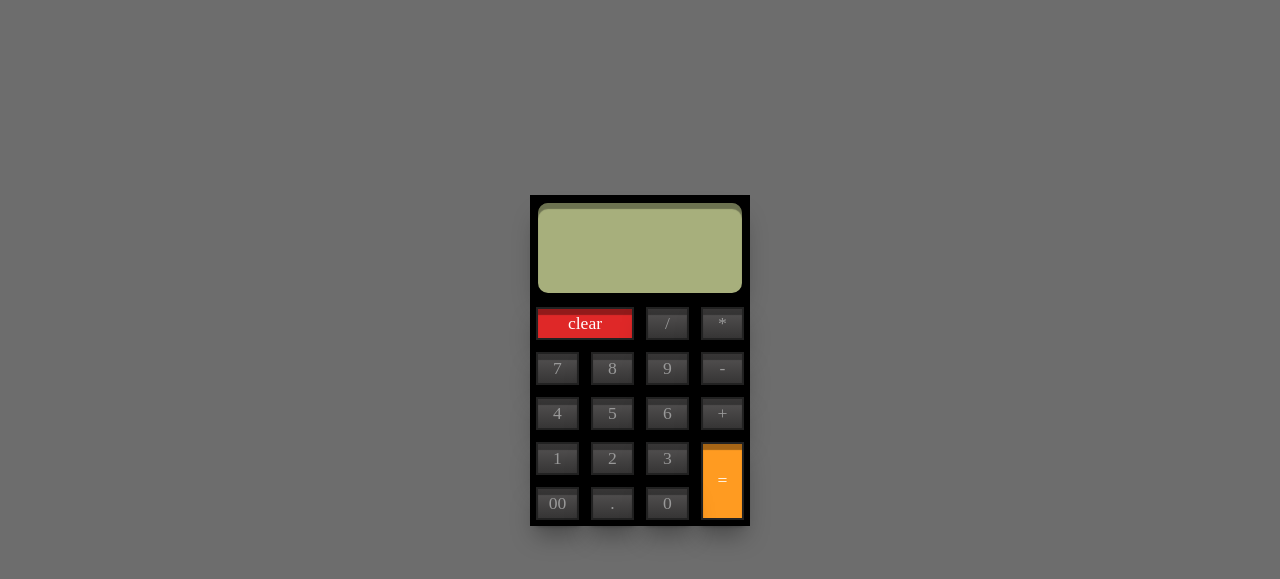
Repository: JunaidAnsari202/calculator
Page: index.html
The author's editor kept a copy of each file at every save. The page is drawn from the files as they stood at one save, then again after a run of saves.
The browser window is 1280 px wide. The pictures show the whole page.

Above is the page before, as saved 2023-10-28 15:04:42.

After the next 2 saves:
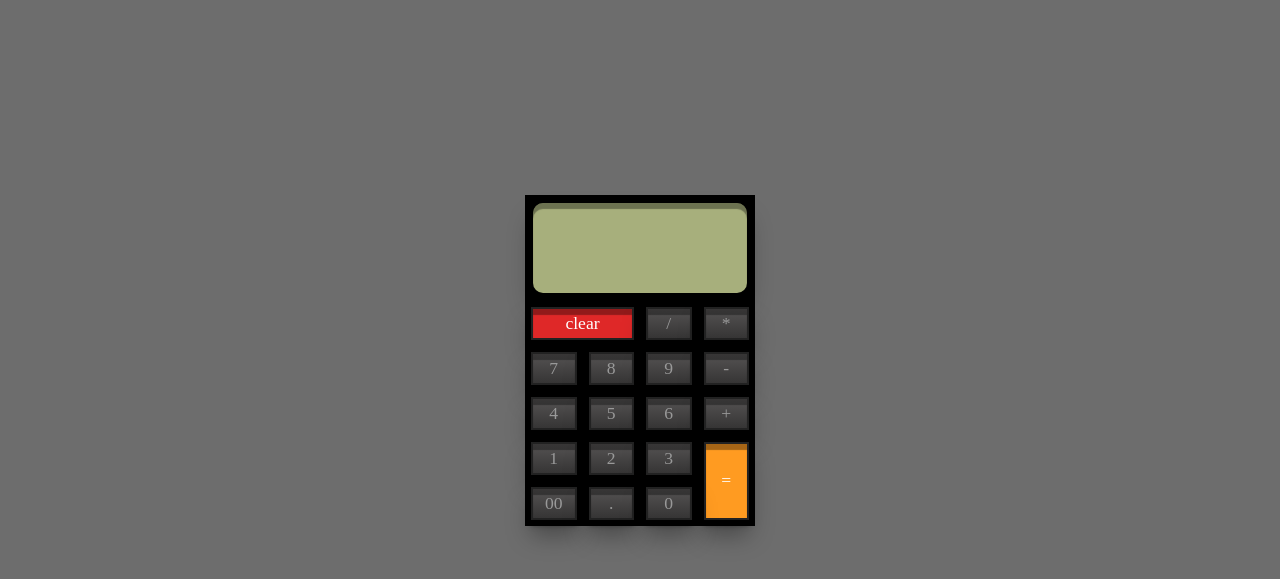
The 2 saves are shown as one change because they came seconds apart.
The last was saved 9 s later.
--- a/style.css
+++ b/style.css
@@ -23,7 +23,7 @@ body{
     position: relative;
     display: grid;
     background-color: black;
-    width: 220px;
+    width: 230px;
 
 }
 
